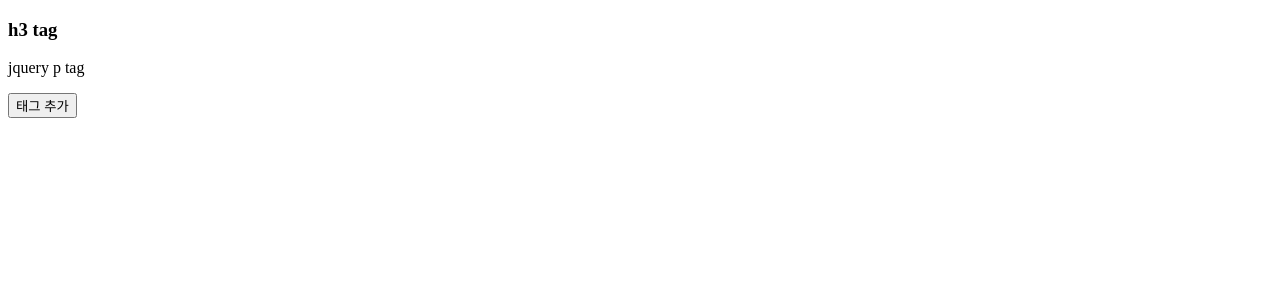
Repository: jeongho97/JQuery
Page: JQuery기본2/WebContent/JQuery_tag추가.html
An editor plug-in stored every save of this project. The page is shown before and after the next save, followed by the edit.
The browser window is 1280 px wide. The pictures show the whole page.
After loading, the first visible `button` was clicked once.

Above is the page before, as saved 2022-05-13 02:28:27.

After the next save:
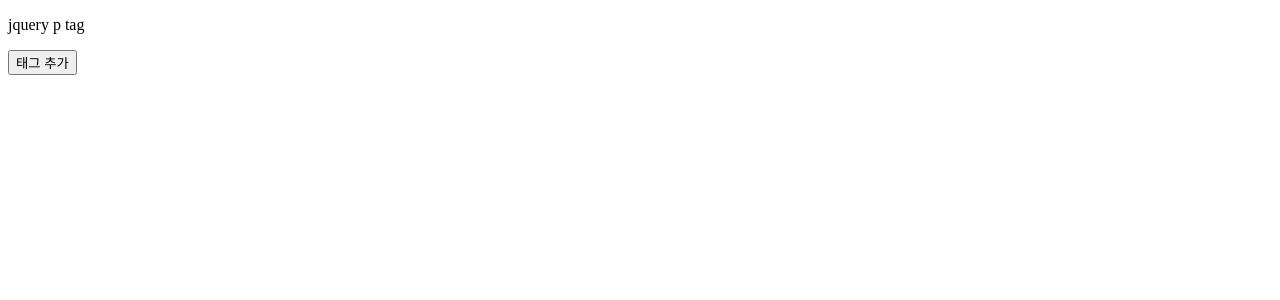
Saved 3 s later.
--- a/JQuery기본2/WebContent/JQuery_tag추가.html
+++ b/JQuery기본2/WebContent/JQuery_tag추가.html
@@ -20,9 +20,9 @@ $("button").click(function(){
 	$("#div").append(txt); */
 
 	//JavaScript추가
-	let js=document.createElement("h3");
+/* 	let js=document.createElement("h3");
 	js.innerHTML="h3 tag";
-	$("#div").append(js);
+	$("#div").append(js); */
 
 	//JQuery추가
 	let jq=$("<p></p>").html("jquery p tag");
